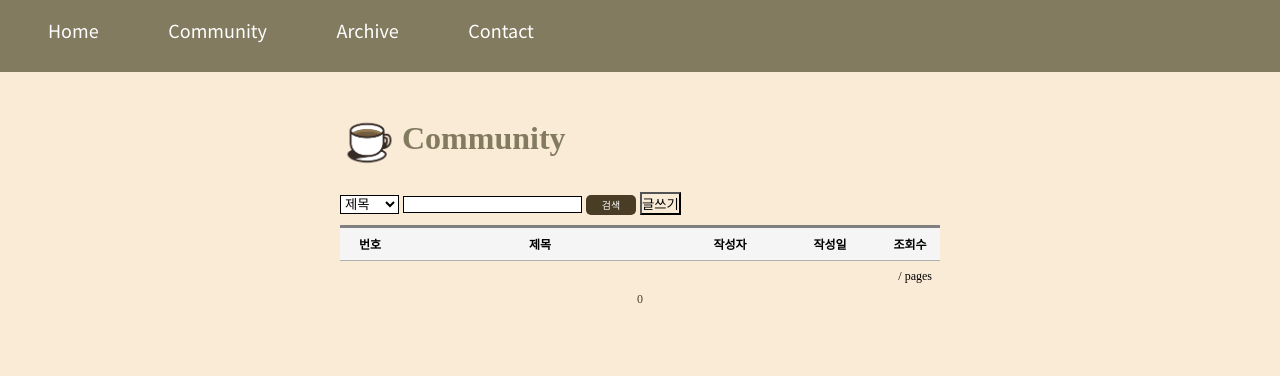
Repository: lym3074/Yongmin-s-Community
Page: http://localhost/YM_Community/WEB-INF/views/board/list.jsp
The author's editor kept a copy of each file at every save. The page is drawn from the files as they stood at one save, then again after the next save.
The browser window is 1280 px wide. The pictures show the whole page.
The page is served by Tomcat 9. Nobody is signed in. The template is opened directly, without the code that normally fills it, so the values that code supplies are empty.

Above is the page before, as saved 2021-01-03 10:09:51.

After the next save:
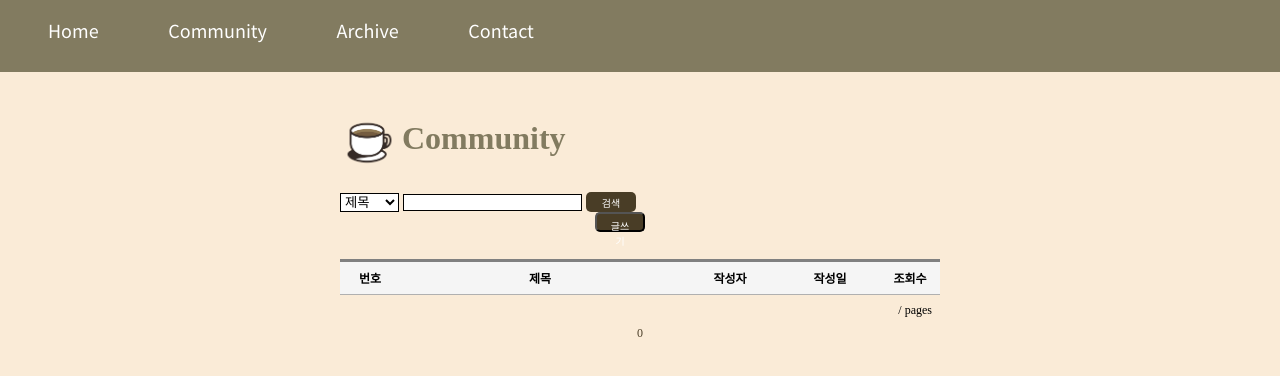
Saved 9 s later.
--- a/YM_Community/src/main/webapp/resources/css/list.css
+++ b/YM_Community/src/main/webapp/resources/css/list.css
@@ -150,7 +150,7 @@ main .table .th{
 }
 
 /* -----------a태그 버튼처럼 사용하기 */
-.main a[class^="btn"] {
+.main button[class^="btn"] {
     padding:3.5px 10px 3.5px 10px;
     width: 50px;
     height: 20px;
